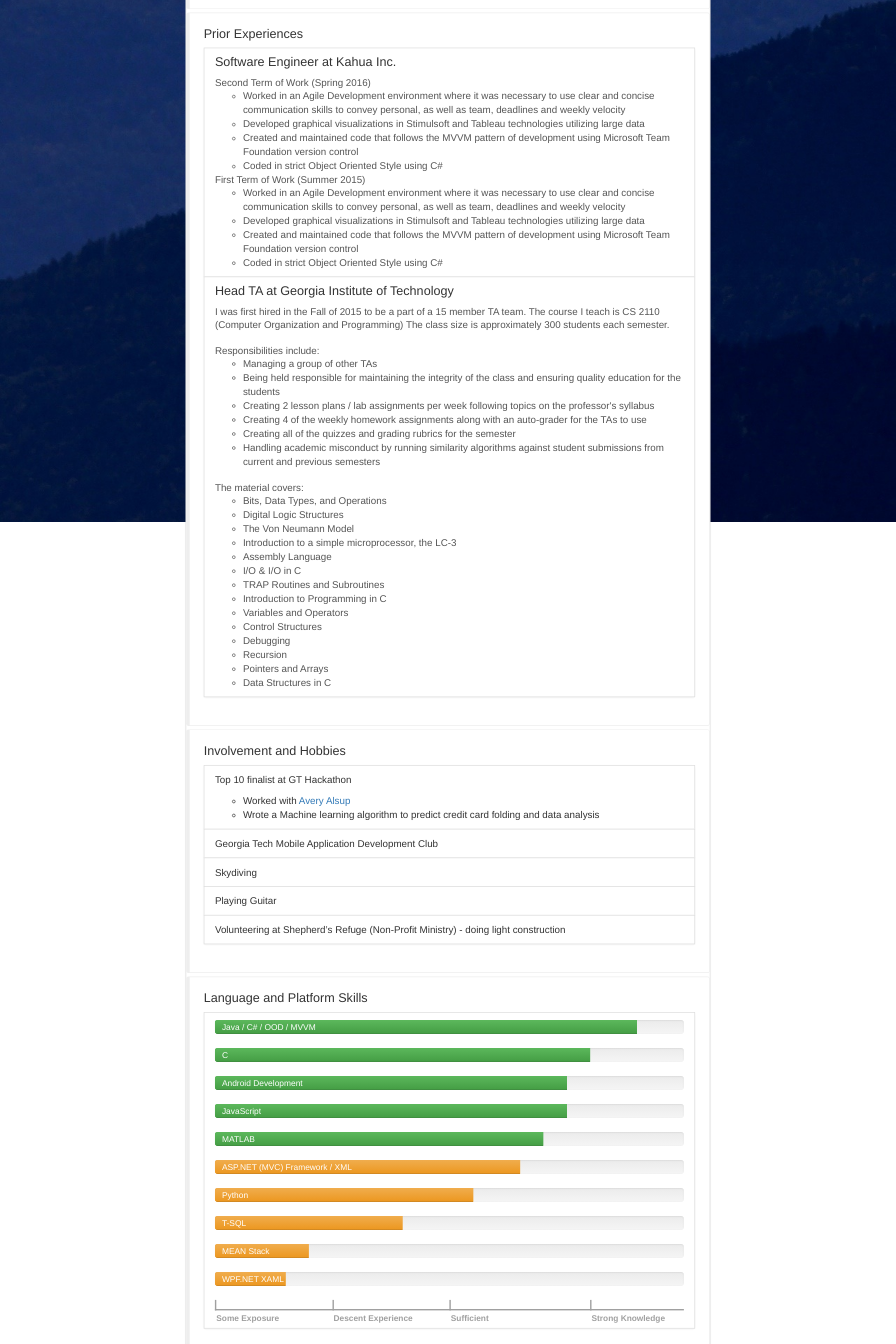
Repository: austinHerring/PersonalWebsite
Page: PersonalWebsite/WebContent/about.html
An editor plug-in stored every save of this project. The page is shown before and after the next save, followed by the edit.
The browser window is 1280 px wide. The pictures show the part of the page from y = 910 to 2830 px (the page is 2870 px tall before and 2888 px after), at 70% of full size.
Some web libraries are served in a nearby version.

Above is the page before, as saved 2016-06-13 02:28:09.

After the next save:
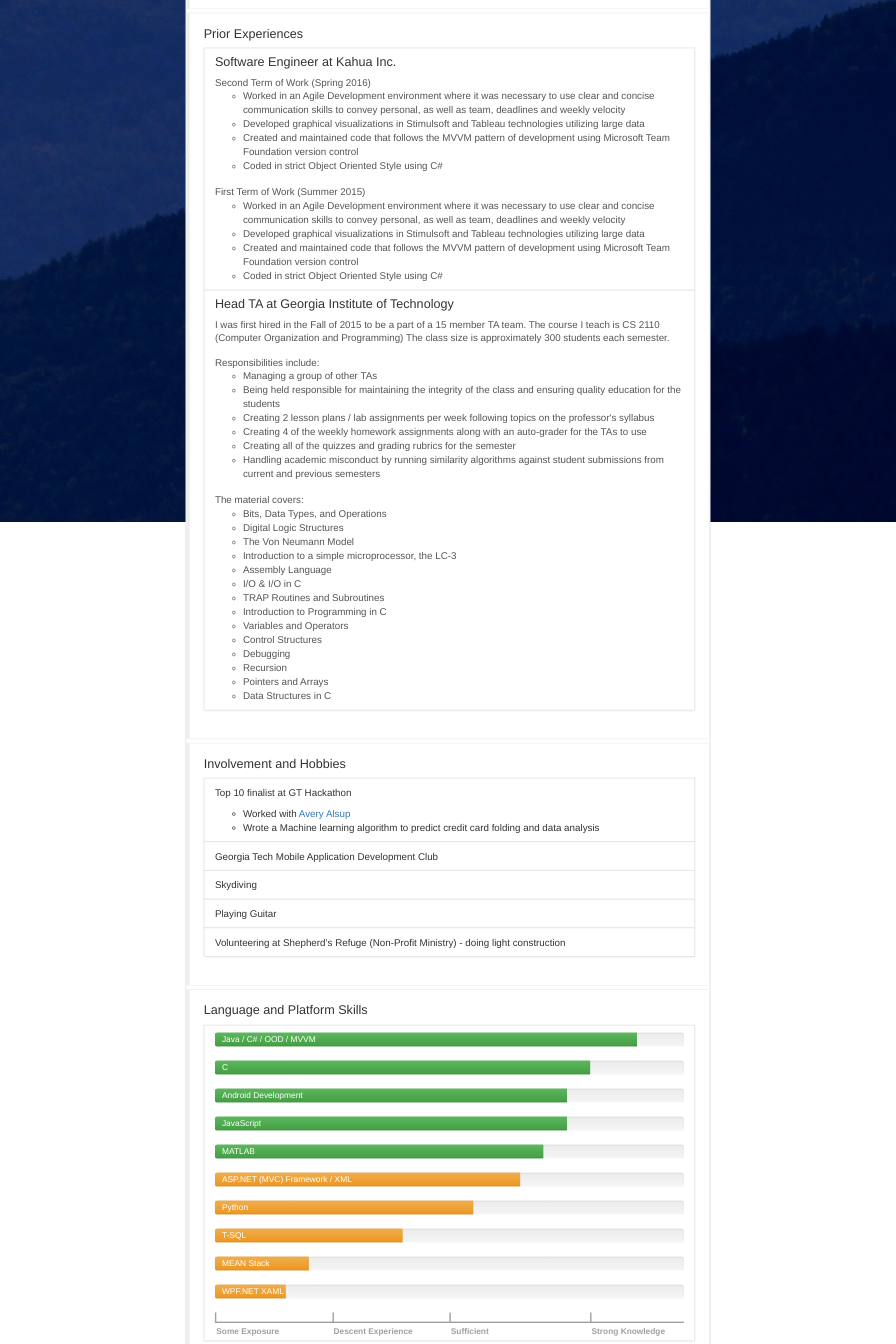
Saved 32 s later.
--- a/PersonalWebsite/WebContent/about.html
+++ b/PersonalWebsite/WebContent/about.html
@@ -120,7 +120,7 @@
 		                </li>
 	                </ul>
 	                <p class="list-group-item-text">
-			             First Term of Work (Summer 2015)
+			             <br/>First Term of Work (Summer 2015)
 		             </p>
 		             <ul>
 		                <li>
